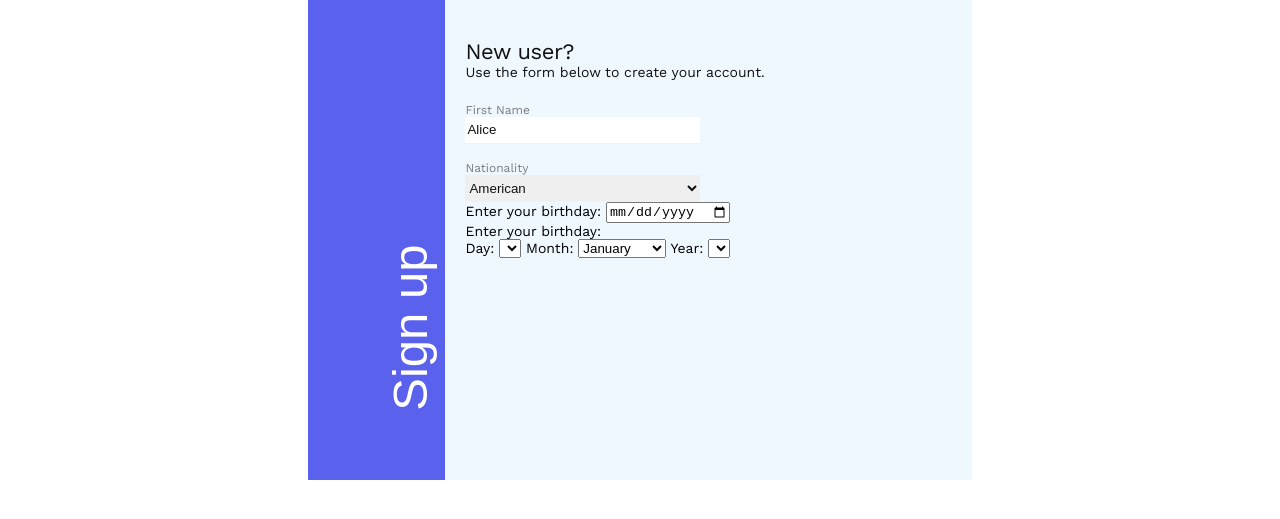
Repository: MorgunovaAlexandra/forma
Page: index.html
The author's editor kept a copy of each file at every save. The page is drawn from the files as they stood at one save, then again after the next save.
The browser window is 1280 px wide. The pictures show the whole page.
Some web fonts or font styles are not loaded; a fallback is used.

Above is the page before, as saved 2022-07-18 12:44:05.

After the next save:
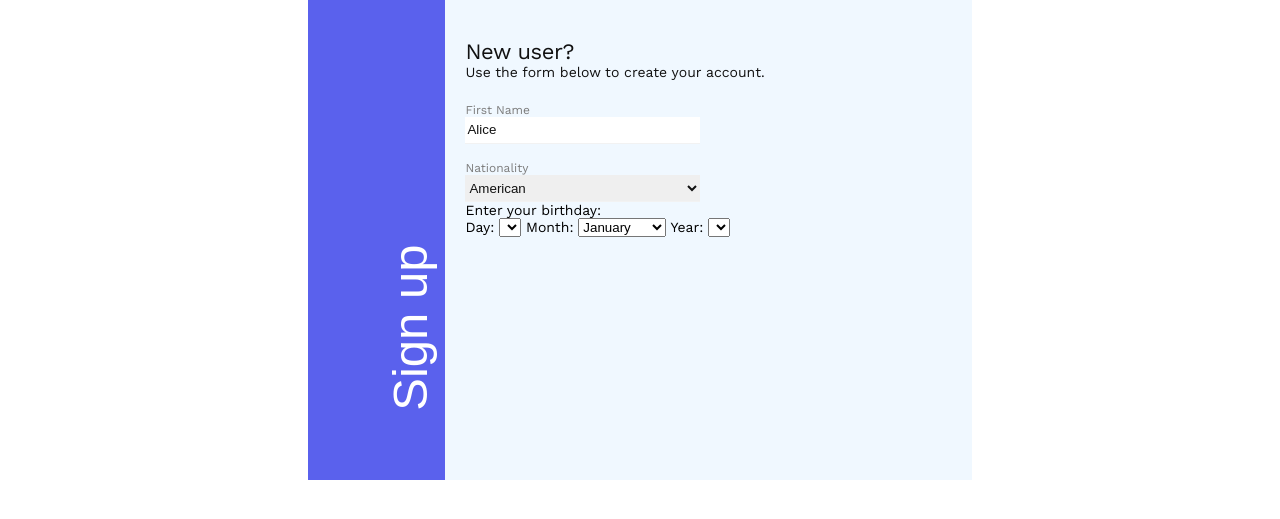
Saved 31 s later.
--- a/index.html
+++ b/index.html
@@ -28,11 +28,7 @@
                   </select>
 
 
-                  <div class="nativeDatePicker">
-                    <label for="bday">Enter your birthday:</label>
-                    <input type="date" id="bday" name="bday">
-                    <span class="validity"></span>
-                  </div>
+
                   <p class="fallbackLabel">Enter your birthday:</p>
                   <div class="fallbackDatePicker">
                     <span>
